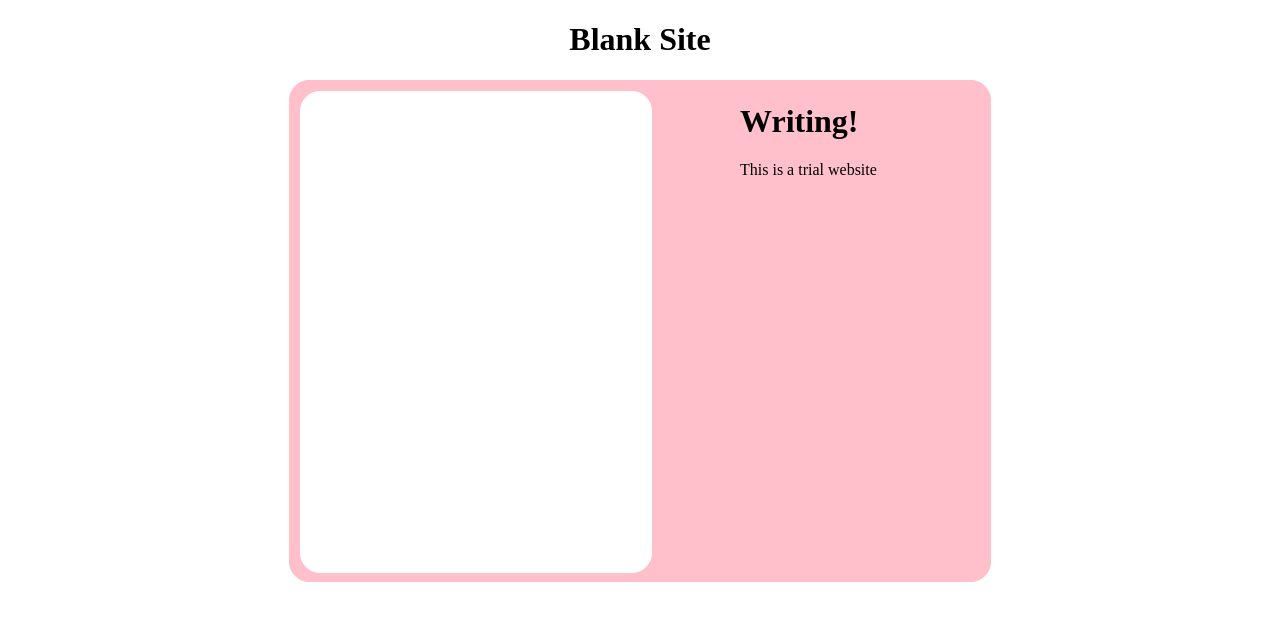
Repository: yhung004/Blank_Project
Page: index.html
The author's editor kept a copy of each file at every save. The page is drawn from the files as they stood at one save, then again after the next save.
The browser window is 1280 px wide. The pictures show the whole page.

Above is the page before, as saved 2024-04-04 03:27:26.

### index.html
<!DOCTYPE html>
<html lang="en">
<head>
    <meta charset="UTF-8">
    <meta name="viewport" content="width=device-width, initial-scale=1.0">
    <title>Blank_Project</title>
    <link rel="stylesheet" href="index.css">
</head>
<body>
    <h1 class="header1">Blank Site</h1>
    <div class="main">
        <div class="container"></div>
        <div class="words">
            <h1 class="heading2">Writing!</h1>
            <p class="sub">This is a trial website</p>
        </div>

    </div>

</body>
</html>

### index.css
.header1 {
    text-align: center;
}
.main {
    background-color: pink;
    width: 700px;
    height: 500px;
    margin:auto;
    border: 1px solid pink;
    border-radius: 20px;
}
.container {
    margin:10px;
    background-color:white;
    width:350px;
    height: 480px;
    border :1px solid white;
    border-radius: 20px;
    display: flexbox;
}
.words {
    display:inline;
    float:right;
}
.heading2 {
    margin-top: -480px;
    margin-left:-250px;
}
.sub {
    margin-left:-250px;
}

After the next save:
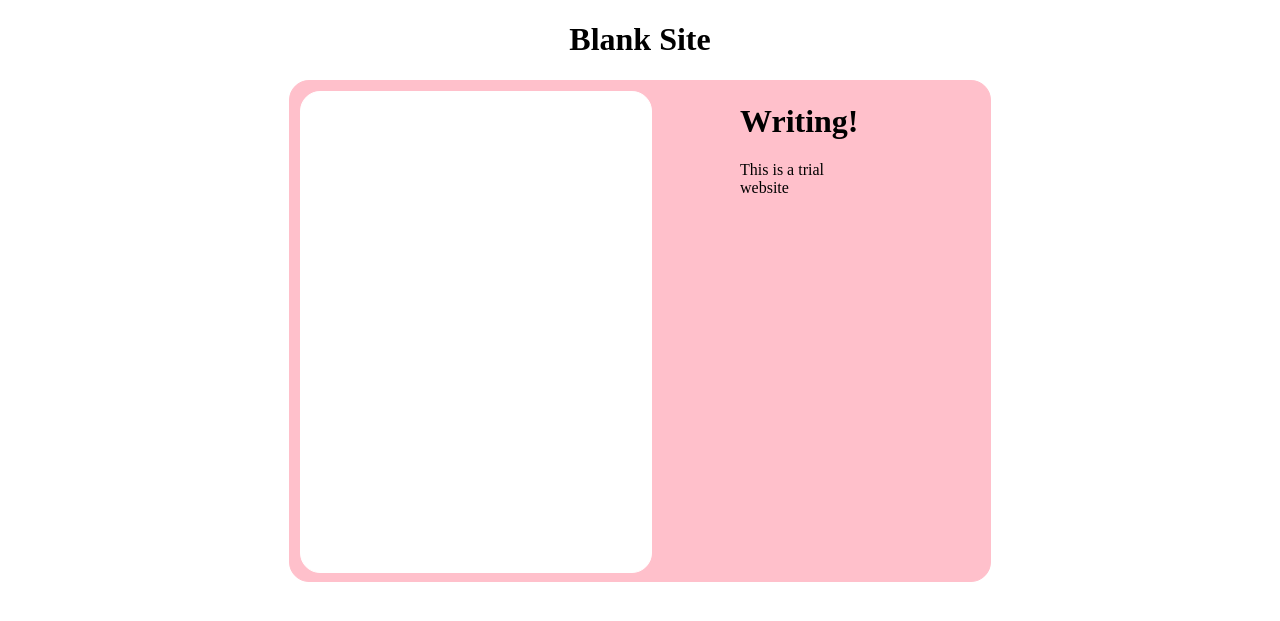
Saved 19 s later.
--- a/index.html
+++ b/index.html
@@ -12,7 +12,7 @@
         <div class="container"></div>
         <div class="words">
             <h1 class="heading2">Writing!</h1>
-            <p class="sub">This is a trial website</p>
+            <p class="sub">This is a trial <br>website</p>
         </div>
 
     </div>
